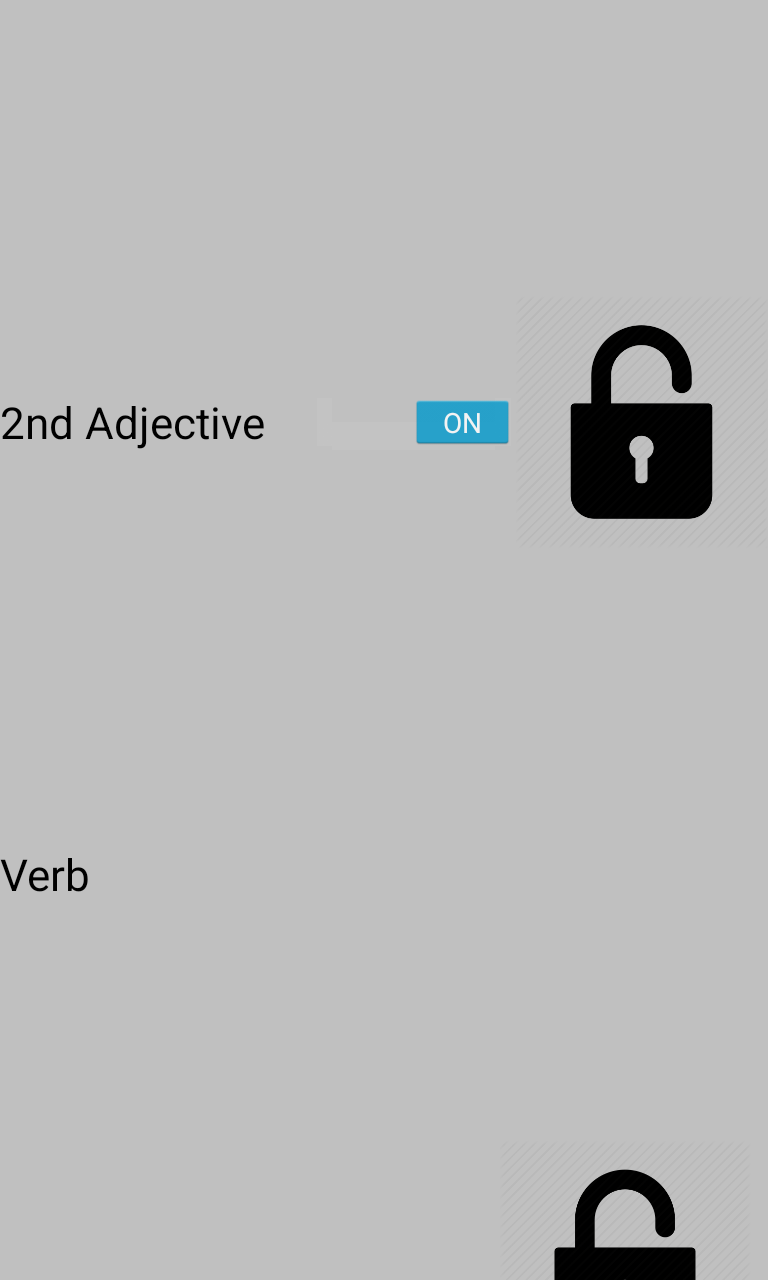
Repository: TheDizzler/TableTopTools
Layout: RPGTools/res/layout/fragment_cause_controls.xml
An editor plug-in stored every save of this project. The layout is shown before and after the next save, followed by the edit.
It is drawn on a 768 x 1280 px phone screen (xhdpi) without system bars, with theme AppTheme; the app's code is not run.

Above is the layout before, as saved 2017-03-22 09:03:35.

After the next save:
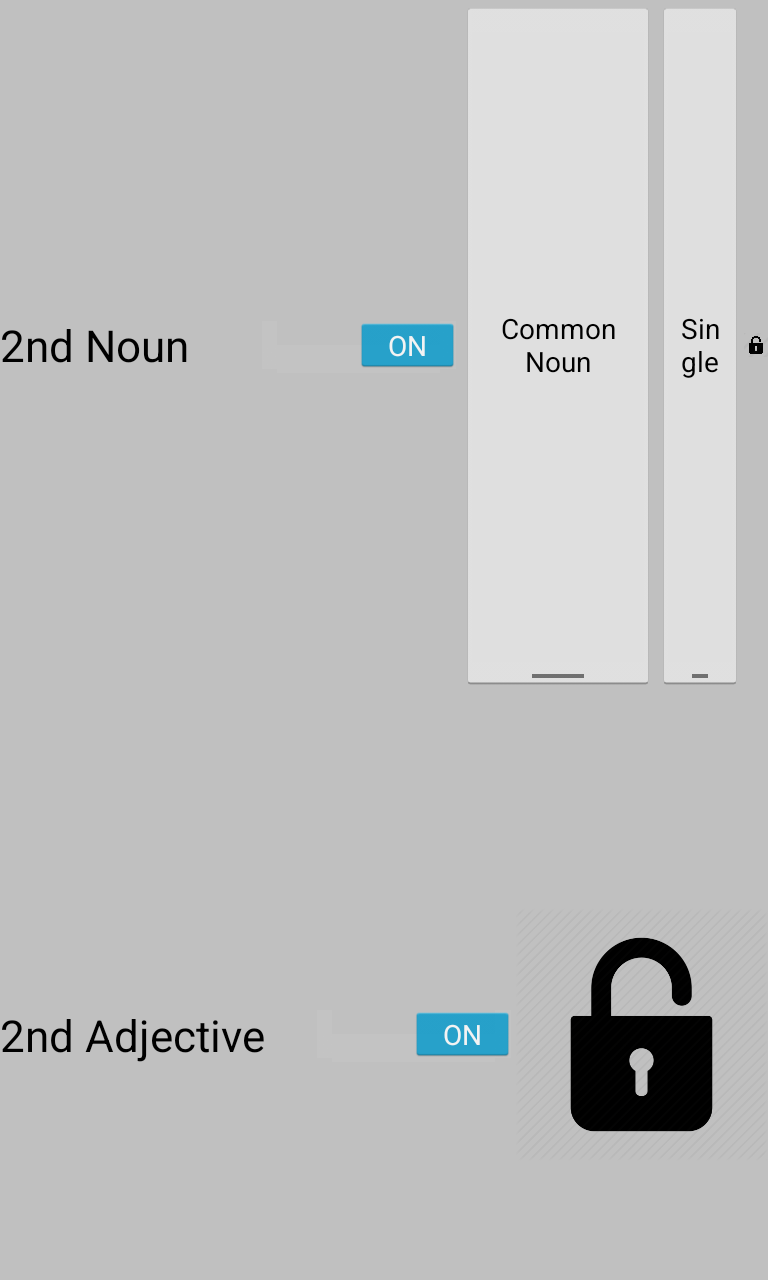
Saved 11 s later.
--- a/RPGTools/res/layout/fragment_cause_controls.xml
+++ b/RPGTools/res/layout/fragment_cause_controls.xml
@@ -121,7 +121,7 @@
         <ToggleButton
             android:id="@+id/toggleBtn_secondaryNounProper"
             android:layout_width="wrap_content"
-            android:layout_height="wrap_content"
+            android:layout_height="match_parent"
             android:layout_weight="1"
             android:textOff="Common Noun"
             android:textOn="Proper Noun" />
@@ -129,7 +129,7 @@
         <ToggleButton
             android:id="@+id/toggleBtn_secondaryNounPlural"
             android:layout_width="wrap_content"
-            android:layout_height="wrap_content"
+            android:layout_height="match_parent"
             android:layout_weight="1"
             android:textOff="Single"
             android:textOn="Plural" />
